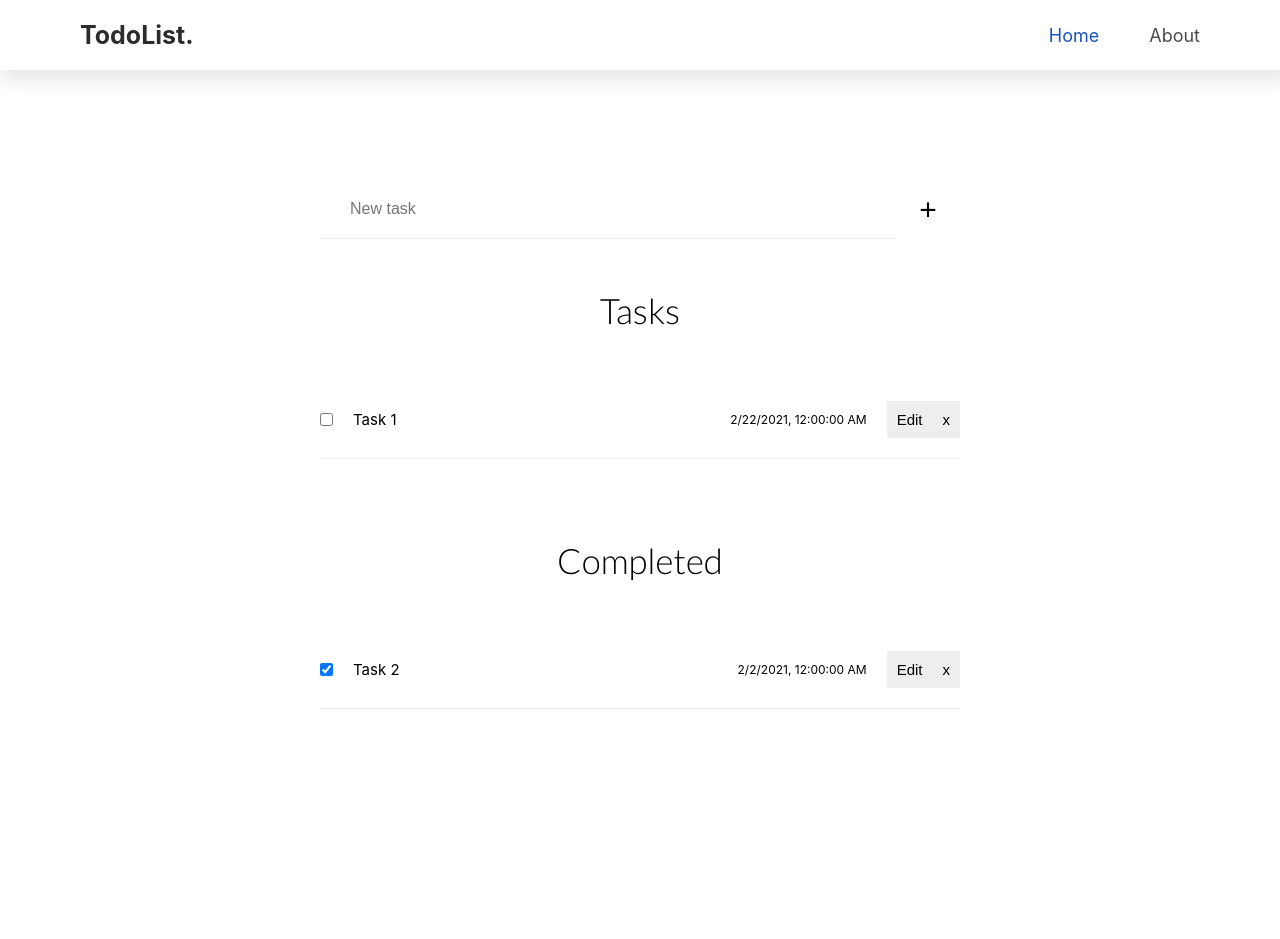
Repository: dqhuy153/react-todoList
Page: /
The author's editor kept a copy of each file at every save. The page is drawn from the files as they stood at one save, then again after the next save.
The browser window is 1280 px wide. The pictures show the whole page.
The project was rebuilt for these pictures with package versions that can differ from the ones it lists, and the page was loaded fresh each time. Also part of the build but not shown: src/components/UI/LoadingSpinner.module.scss.

Above is the page before, as saved 2021-09-16 22:19:51.

### src/App.js
import React, { Suspense } from 'react';
import { Switch, Route } from 'react-router-dom';

import './App.css';
import Layout from './components/layout/Layout';
import LoadingSpinner from './components/UI/LoadingSpinner';

const Home = React.lazy(() => import('./components/pages/Home'));
const About = React.lazy(() => import('./components/pages/About'));

function App() {
  return (
    <Layout>
      <Suspense
        fallback={
          <div className="centered">
            <LoadingSpinner />
          </div>
        }
      >
        <Switch>
          <Route path="/" exact>
            <Home />
          </Route>
          <Route path="/about">
            <About />
          </Route>
          {/* <Route path="/products" exact>
          <Products />
        </Route>
        <Route path="/products/:productId">
          <ProductDetail />
        </Route> */}
        </Switch>
      </Suspense>
    </Layout>
  );
}

export default App;

### src/App.css
@import url('https://fonts.googleapis.com/css2?family=Lato:ital,wght@0,100;0,300;0,400;0,700;0,900;1,100;1,300;1,400;1,700;1,900&display=swap');

* {
  box-sizing: border-box;
  font-size: 62.5%;
  padding: 0;
  margin: 0;
}

.centered {
  margin: 3rem auto;
  text-align: center;
  display: flex;
  justify-content: center;
  align-items: center;
}

### src/components/layout/Layout.js
import React, { Fragment } from 'react';
import AppNavigation from './AppNavigation';

import styles from './Layout.module.scss';

export default function Layout(props) {
  return (
    <Fragment>
      <AppNavigation logoTitle="TodoList." />
      <main className={styles.main}>{props.children}</main>
    </Fragment>
  );
}

### src/components/UI/LoadingSpinner.js
import styles from './LoadingSpinner.module.scss';

const LoadingSpinner = () => {
  return <div className={styles.spinner}></div>;
};

export default LoadingSpinner;

### src/components/pages/Home.js
import { useState } from 'react';
import TodoList from '../todos/TodoList';

import styles from './Home.module.scss';

const initTodoList = [
  {
    id: 1,
    title: 'Task 1',
    date: new Date('2/22/2021'),
    completed: false,
  },
  {
    id: 2,
    title: 'Task 2',
    date: new Date('2/2/2021'),
    completed: true,
  },
];

export default function Home(props) {
  const [todoList, setTodoList] = useState(initTodoList);
  const [newTask, setNewTask] = useState();

  const handleStatusChange = (id) => {
    let updatedTodoList = todoList.map((todo) => {
      if (todo.id === id) {
        todo.completed = !todo.completed;
      }
      return todo;
    });

    setTodoList(updatedTodoList);
  };

  const handleNewTaskChange = (e) => {
    setNewTask(e.target.value);
  };

  const handleAddNew = () => {
    setTodoList((prev) => [
      ...prev,
      {
        id: Math.random(),
        title: newTask,
        date: new Date(),
        completed: false,
      },
    ]);

    setNewTask('');
  };

  return (
    <div className={styles.container}>
      <div className={styles.add}>
        <input
          placeholder="New task"
          value={newTask}
          onChange={handleNewTaskChange}
        />
        <button onClick={handleAddNew}>+</button>
      </div>
      <h1>Tasks</h1>
      <TodoList
        items={todoList.filter((i) => i.completed === false)}
        onStatusChange={handleStatusChange}
      />
      <h1 className={styles['completed-title']}>Completed</h1>
      <TodoList
        items={todoList.filter((i) => i.completed === true)}
        onStatusChange={handleStatusChange}
      />
    </div>
  );
}

### src/components/layout/AppNavigation.js
import React from 'react';
import { NavLink } from 'react-router-dom';

import styles from './AppNavigation.module.scss';

export default function AppNavigation({ logoTitle = 'Demo.', ...props }) {
  return (
    <header className={styles.header}>
      <div className={styles.logo}>{logoTitle}</div>
      <nav>
        <ul>
          <li>
            <NavLink to="/" exact activeClassName={styles.active}>
              Home
            </NavLink>
          </li>
          <li>
            <NavLink to="/about" activeClassName={styles.active}>
              About
            </NavLink>
          </li>
        </ul>
      </nav>
    </header>
  );
}

### src/components/todos/TodoList.js
import React from 'react';
import TodoItem from './TodoItem';

import styles from './TodoList.module.scss';

export default function TodoList({ items, onStatusChange, ...props }) {
  return (
    <ul className={styles.container}>
      {items.map((item) => (
        <li key={item.id}>
          <TodoItem
            id={item.id}
            title={item.title}
            date={item.date}
            completed={item.completed}
            onStatusChange={onStatusChange}
          />
        </li>
      ))}
    </ul>
  );
}

### src/components/pages/Home.module.scss
.container {
  padding: 18rem 0;

  h1 {
    text-align: center;
    font-family: 'Lato', sans-serif;
    font-weight: 300;
    font-size: 3.5rem;
  }

  .completed-title {
    margin-top: 8rem;
  }

  .add {
    text-align: center;
    margin-bottom: 5rem;
    display: flex;
    align-items: center;
    justify-content: center;

    input {
      border: none;
      border-bottom: 1px solid #eee;
      font-size: 1.6rem;
      width: 45%;
      padding: 2rem 3rem;
      outline: none;
    }

    button {
      width: 5%;
      background: none;
      border: none;
      font-size: 3rem;
      font-weight: 100;
      cursor: pointer;
    }
  }
}

### src/components/layout/AppNavigation.module.scss
.header {
  width: 100%;
  height: 7rem;
  display: flex;
  align-items: center;
  justify-content: space-between;
  background-color: #ffffff;
  padding: 0 8rem;
  box-shadow: 5px 5px 20px 5px rgba(0, 0, 0, 0.1);
  position: fixed;
}

.logo {
  font-size: 2.5rem;
  color: rgb(44, 44, 44);
  font-weight: bold;
}

.header ul {
  list-style: none;
  margin: 0;
  padding: 0;
  display: flex;
  align-items: baseline;
}

.header li {
  margin-left: 5rem;
}

.header a {
  text-decoration: none;
  font-size: 1.8rem;
  color: #4b4b4b;
}

.header a:hover,
.header a:active,
.header a.active {
  color: rgb(28, 83, 184);
}

### src/components/todos/TodoItem.js
import styles from './TodoItem.module.scss';

export default function TodoItem({
  id,
  title,
  date,
  completed,
  onStatusChange,
  ...props
}) {
  return (
    <div className={`${styles.container} ${styles.flex}`}>
      <div className={`${styles.task} ${styles.flex}`}>
        <input
          type="checkbox"
          checked={completed}
          onChange={() => onStatusChange(id)}
        />
        <p>{title}</p>
      </div>
      <div className={`${styles.info} ${styles.flex}`}>
        <p className={styles.date}>{date.toLocaleString()}</p>
        <div className={`${styles.buttons} ${styles.flex}`}>
          <button>Edit</button>
          <button>x</button>
        </div>
      </div>
    </div>
  );
}

### src/components/todos/TodoList.module.scss
.container {
  text-align: center;
  width: 50%;
  margin: 5rem auto;
  list-style: none;
}

### src/components/todos/TodoItem.module.scss
.container {
  padding: 2rem 0;
  border-bottom: 1px solid #eee;
}

.task {
  p {
    padding-left: 2rem;
    font-size: 1.5rem;
  }
}

.date {
  font-size: 1.2rem;
  margin-right: 2rem;
}

.buttons {
  button {
    border: none;
    background: #eee;
    font-size: 1.5rem;
    padding: 1rem;
  }
}

.flex {
  display: flex;
  align-items: center;
  justify-content: space-between;
}

Loaded but not shown: public/index.html (common file); src/index.js (common file); src/index.css (common file); src/reportWebVitals.js (common file); src/components/layout/Layout.module.scss (no stored copy; drawn as an empty file)

After the next save:
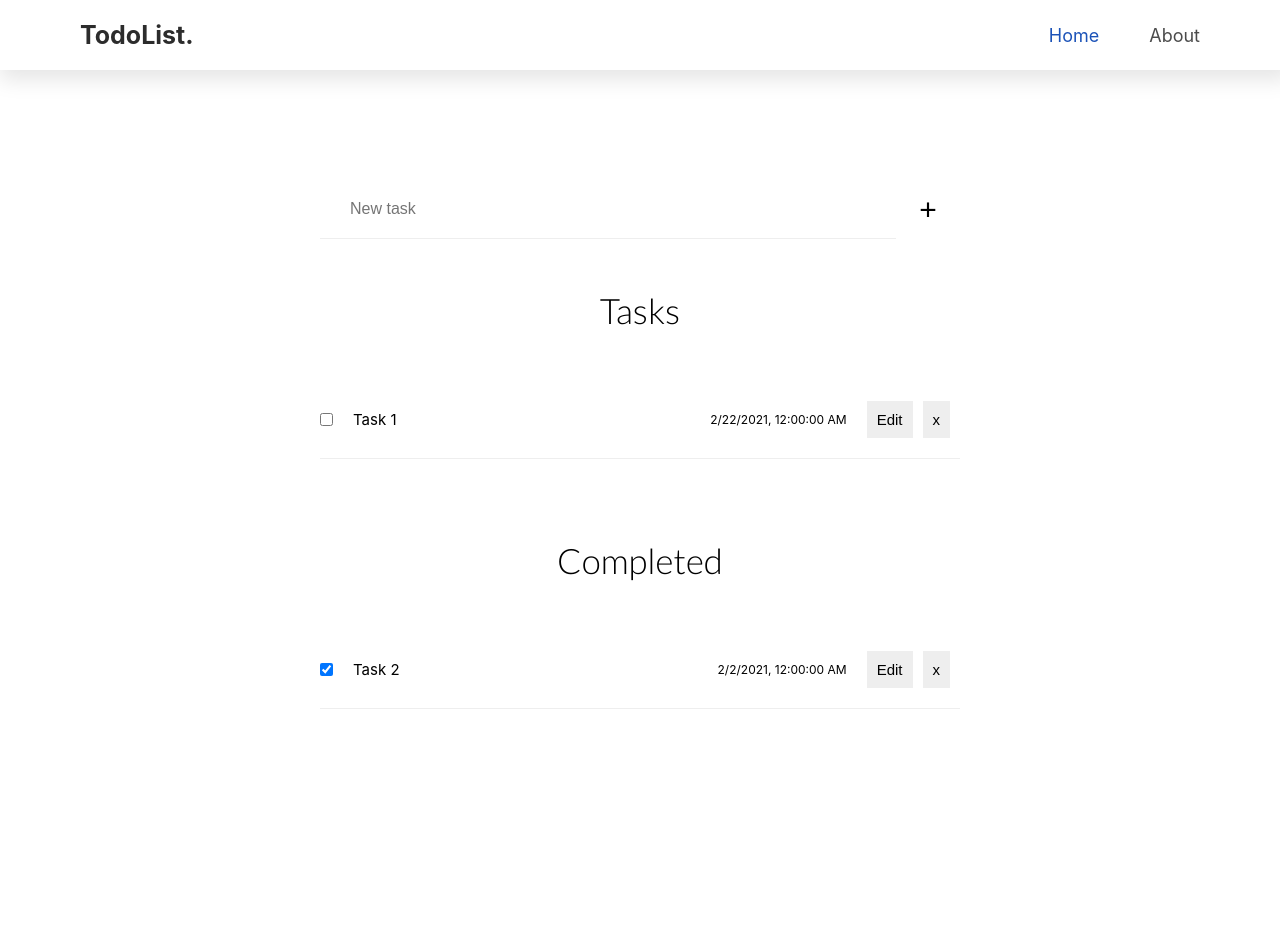
Saved 9 s later.
--- a/src/components/todos/TodoItem.module.scss
+++ b/src/components/todos/TodoItem.module.scss
@@ -21,6 +21,7 @@
     background: #eee;
     font-size: 1.5rem;
     padding: 1rem;
+    margin-right: 1rem;
   }
 }
 
